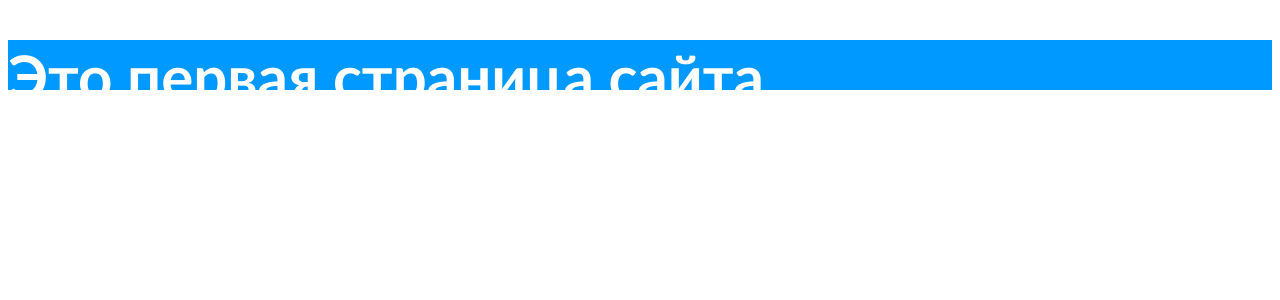
Repository: vazart-dude/EmotionMap
Page: основа.html
An editor plug-in stored every save of this project. The page is shown before and after a run of saves, followed by the edit.
The browser window is 1280 px wide. The pictures show the whole page.

Above is the page before, as saved 2025-04-28 21:33:21.

After the next 2 saves:
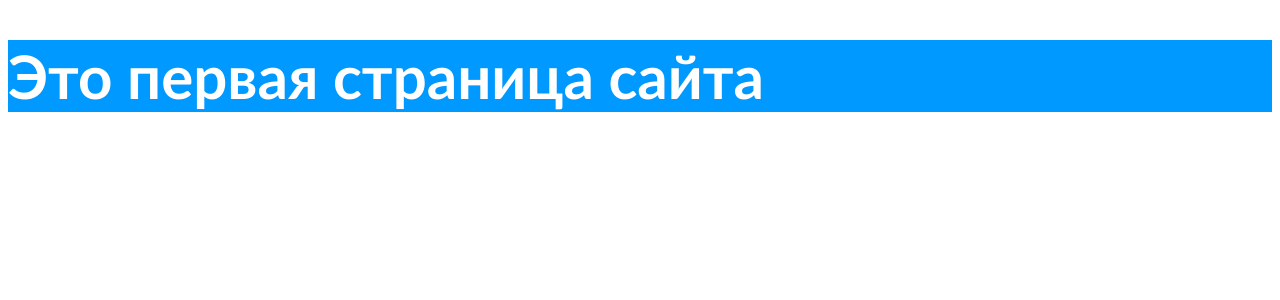
The 2 saves are shown as one change because they came seconds apart.
The last was saved 80 s later.
--- a/static/css.css
+++ b/static/css.css
@@ -1,5 +1,5 @@
 header{
-    height:50px;
+    height:;
     width:100%;
     background-color:#0099FF;
     color:white;
